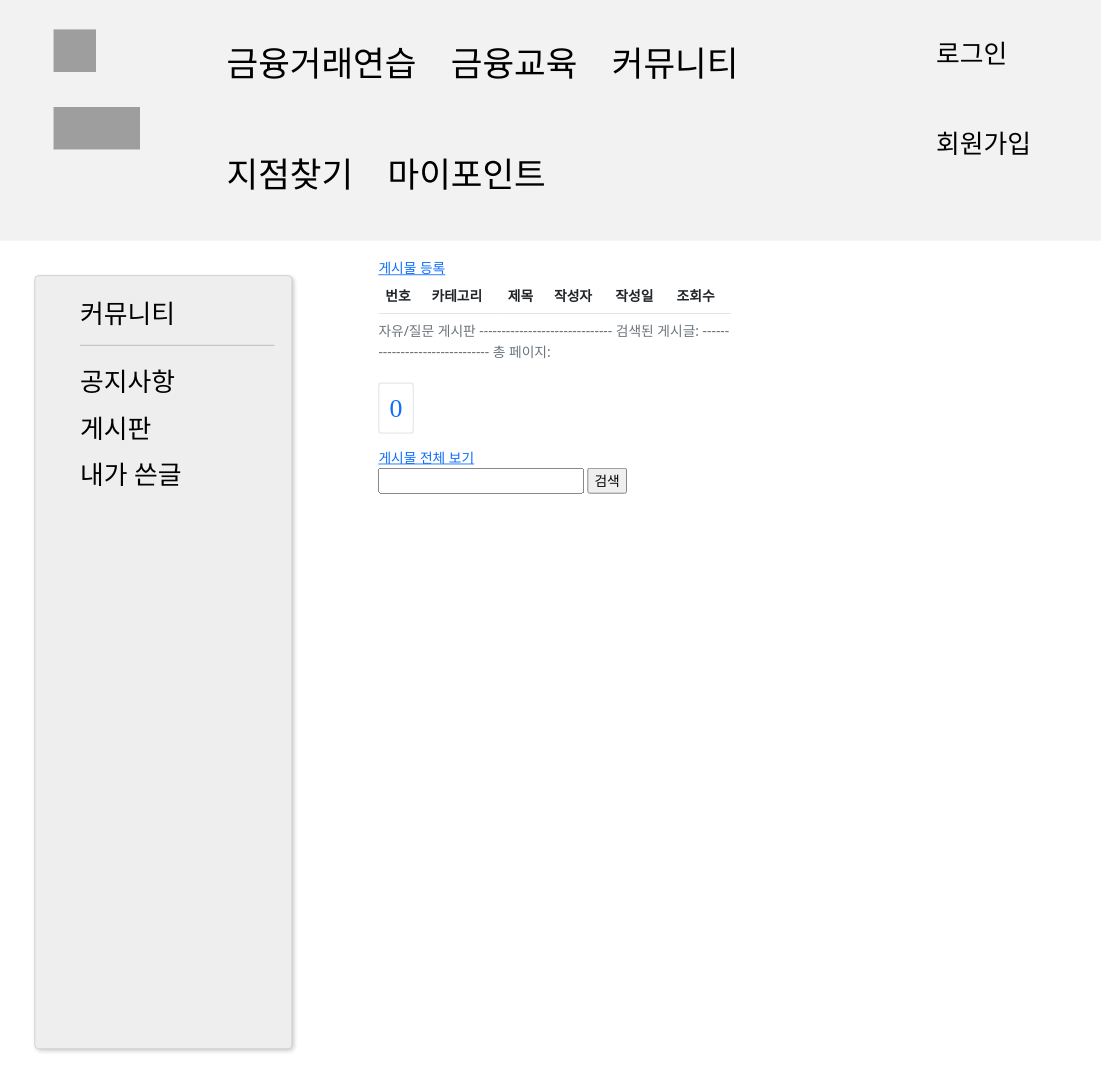
Repository: syc98syc/KB04_TeamProject
Page: http://localhost/jgig/WEB-INF/jsp/board/my_list.jsp
An editor plug-in stored every save of this project. The page is shown before and after the next save, followed by the edit.
The browser window is 1280 px wide. The pictures show the whole page, at 86% of full size.
Pictures or frames that could not be fetched are drawn as grey boxes. Some web fonts or font styles are not loaded; a fallback is used. The page is served by Tomcat 9. Nobody is signed in. Other server files are loaded and not shown. The template is opened directly, without the code that normally fills it, so the values that code supplies are empty.

Above is the page before, as saved 2023-09-11 00:36:32.

### jgig/src/main/webapp/WEB-INF/jsp/board/my_list.jsp
<%@ page language="java" contentType="text/html; charset=UTF-8"
    pageEncoding="UTF-8"%>
<%@ taglib uri="http://java.sun.com/jsp/jstl/core" prefix="c" %>
<!DOCTYPE html>
<html>
<head>
<link href="https://cdn.jsdelivr.net/npm/bootstrap@5.0.2/dist/css/bootstrap.min.css" rel="stylesheet" integrity="sha384-EVSTQN3/azprG1Anm3QDgpJLIm9Nao0Yz1ztcQTwFspd3yD65VohhpuuCOmLASjC" crossorigin="anonymous">
<meta charset="UTF-8">
<title>웹게시물 목록</title>
<style>
#content {
 	margin-left: 420px; /* 사이드바 너비 + 여백만큼 오른쪽으로 밀어줍니다. */
    flex-grow: 1; /* 남은 공간을 모두 차지하도록 설정 */
    background-color: #fff; /* 배경색 설정 */
    padding: 20px; /* 내부 여백 설정 */
}
</style>
</head>
<body>
<%@ include file="../include/top_navbar.jsp" %>
<%@ include file="../include/left_navbar.jsp" %>
<div id="content">
	<a href="/jgig/board_insert_form">게시물 등록</a> <br>
	<table class="table table-hover" style="width: 50%;">
	<caption>자유/질문 게시판 ------------------------------ 검색된 게시글: ${requestScope.total } ------------------------------- 총 페이지: ${criteria.totalPage }</caption>
		<tr>
		<th>번호</th>
		<th>카테고리</th>
		<th>제목</th>
		<th>작성자</th>
		<th>작성일</th>
		<th>조회수</th>
		<c:forEach items="${board_list}" var="brd">
		<tr>
			<td>${brd.brd_id }</td>
			<td>${brd.brd_category }</td>
			<td><a href="board_detail?no=${brd.brd_id}">${brd.title}</a></td>
			<td>${brd.mem_id }</td>
			<td>${brd.brd_date_created }</td>
			<td>${brd.brd_view }</td>
		</tr>
		</c:forEach>
	</table>
	<nav aria-label="Page navigation example">
  <ul class="pagination">
  <c:if test="${criteria.prev}">
    <li class="page-item"><a class="page-link" href="board_search_action?keyword=${criteria.keyword}&pageNum=${criteria.pageNum-1 }">이전</a></li>
  </c:if>
  <c:forEach begin="${criteria.beginPage}" end="${criteria.endPage}" var="idx">
 				 <li class="page-item"><a class="page-link" href="board_search_action?keyword=${criteria.keyword}&pageNum=${idx}"> ${idx} </a></li>
			</c:forEach>
    <c:if test="${criteria.next}">
    <li class="page-item"><a class="page-link" href="board_search_action?keyword=${criteria.keyword}&pageNum=${criteria.pageNum+1 }">다음</a></li>
	</c:if>
  </ul>
</nav>

  <a href="board_list">게시물 전체 보기</a> <br>
  <form action="board_search_action" method="get">
		<fieldset>
			<input type="text" name="keyword">
			<input type="submit" value="검색">
		</fieldset>
	</form>


</div>
</body>
</html>

### jgig/src/main/webapp/WEB-INF/jsp/include/top_navbar.jsp
<%@ page language="java" contentType="text/html; charset=UTF-8"
    pageEncoding="UTF-8"%>
<!DOCTYPE html>
<html>
<head>
<meta charset="UTF-8">
<title>Insert title here</title>
<style>
@import url('https://fonts.googleapis.com/css2?family=Nanum+Gothic+Coding:wght@700&display=swap');  /* 글꼴 */

/* 상단 메뉴 스타일 */
        #top-menu {
            background-color: #F2F2F2;
            color: #fff;
            padding: 10px;
            width: 100%;
             display: flex;
  justify-content: center;
        }


    #img1 {
		width: 7vmin;
		height: 7vmin;
	}


	#img2 {
		width: 14vmin;
		height: 7vmin;
	}

	#top-menu a {
    color: #000; /* 링크 글꼴 색상 설정 */
    text-decoration: none; /* 링크 밑줄 제거 */
}

	#top-menu ul{
		list-style: none;
	}
	#top-menu li{
		font-family: 'Nanum Gothic Coding', cursive;
		float: left;
		background: #F2F2F2;
		padding:5px 10px;
		font-size: 40px;
		margin: 10px;
	}

	#top-menu ul li a{
		line-height: 2.5;
	}

	#nav3 ul li{
		font-size:30px;
	}
</style>
</head>
<body>
	<div id = "top-menu">
		<nav id = "nav1">
				<ul>
					<li><img id="img1" src="../resources/img/KB.png"></li>
					<li><img id="img2" src="../resources/img/지금입금.png"></li>
				</ul>
		</nav id = "nav2">
		<nav>
				<ul>
					<li class="menu1"><a href="#">금융거래연습</a></li>
					<li class="menu2"><a href="#">금융교육</a></li>
					<li class="menu3"><a href="#">커뮤니티</a></li>
					<li class="menu4"><a href="#">지점찾기</a></li>
					<li class="menu5"><a href="#">마이포인트</a></li>
				</ul>
		</nav>
		<nav id = "nav3">
				<ul>
					<li class="menu6"><a href="#">로그인</a></li>
					<li class="menu7"><a href="#">회원가입</a></li>
				</ul>
		</nav>
	</div>

</body>
</html>

### jgig/src/main/webapp/WEB-INF/jsp/include/left_navbar.jsp
<%@ page language="java" contentType="text/html; charset=UTF-8"
    pageEncoding="UTF-8"%>
<!DOCTYPE html>
<html>
<head>
<meta charset="UTF-8">
<title>Insert title here</title>
<style>

@import url('https://fonts.googleapis.com/css2?family=Nanum+Gothic+Coding:wght@700&display=swap');  /* 글꼴 */
/* 좌측 사이드바 스타일 */
#sidebar {
    width: 300px; /* 박스 컨테이너의 너비 설정 */
    height: 900px; /* 박스 컨테이너의 높이 설정 */
    background-color: #eee; /* 배경색 설정 */
    color: #000; /* 글꼴 색상 설정 */
    padding: 20px; /* 내부 여백 설정 */
    border: 1px solid #ccc; /* 박스 컨테이너의 테두리 설정 */
    border-radius: 5px; /* 박스 컨테이너의 모서리를 둥글게 설정 */
    box-shadow: 2px 2px 5px rgba(0, 0, 0, 0.2); /* 그림자 효과 추가 */
    line-height: normal;
    display: inline-block;
    vertical-align: middle;
    margin: 40px;
    float: left; /*왼쪽에 떠있게*/
}

/* 좌측 사이드바 링크 스타일 */
#sidebar a {
    color: #000; /* 링크 글꼴 색상 설정 */
    text-decoration: none; /* 링크 밑줄 제거 */
}

/* 좌측 사이드바 링크 호버 스타일 */
#sidebar a:hover {
    text-decoration: underline; /* 호버 상태에서 밑줄 추가 */
}

/* 좌측 사이드바 제목 스타일 */
#sidebar
	ul{
		list-style: none;
	}
	li{
		font-family: 'Nanum Gothic Coding', cursive;
		display: block; /* 각 <li> 요소를 한 줄에 하나씩 표시 */
		background: #eee;
		font-size: 30px;
	}

	#sidebar ul li a{
		line-height: 1.8;
	}

</style>
</head>
<body>
	<div id = "sidebar">
		<nav>
				<ul>
					<li>커뮤니티</li> <hr>
					<li class="menu1"><a href="#">공지사항</a></li>
					<li class="menu2"><a href="#">게시판</a></li>
					<li class="menu3"><a href="#">내가 쓴글</a></li>
				</ul>
		</nav>
	</div>

</body>
</html>

After the next save:
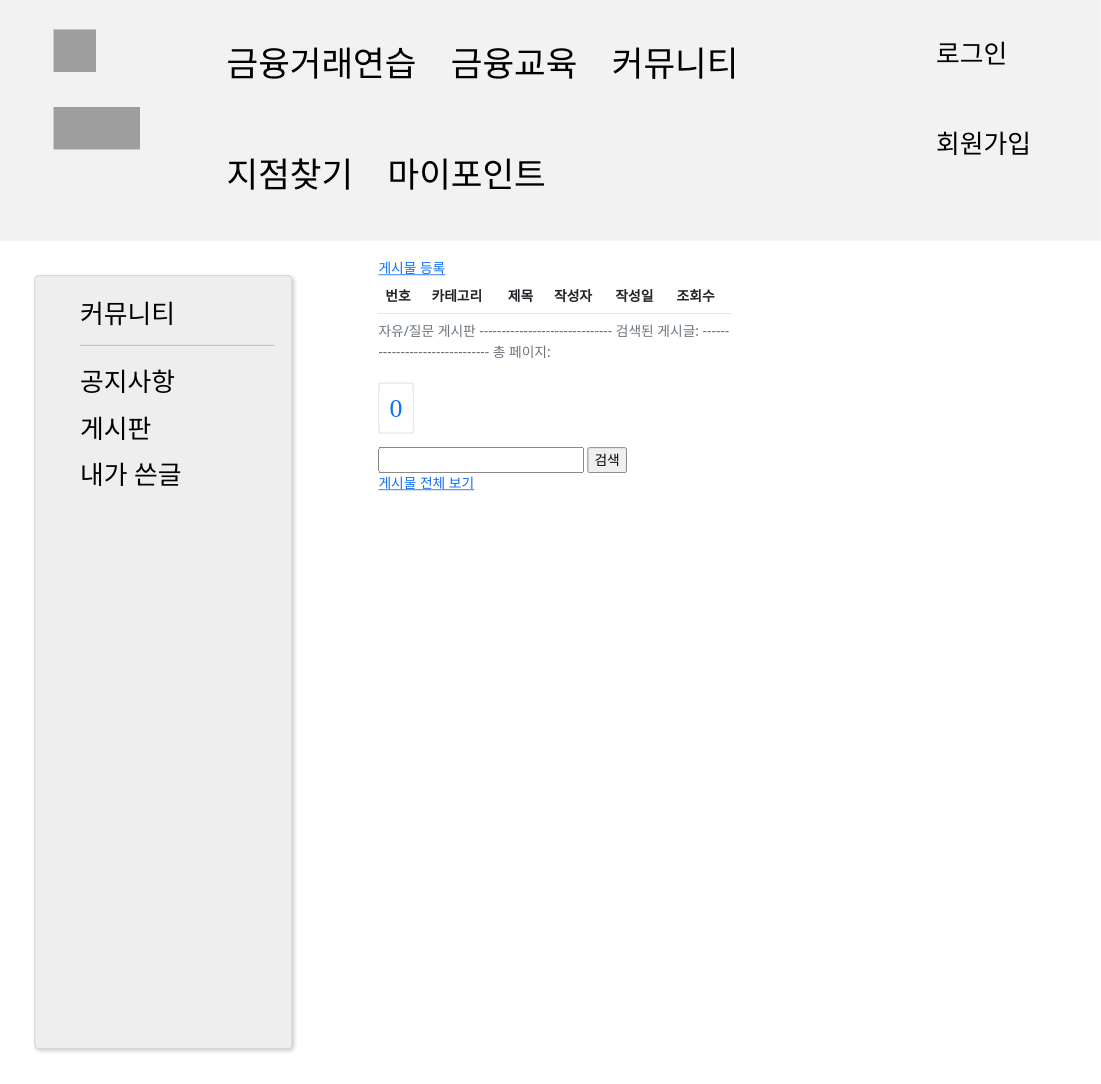
Saved 17 s later.
--- a/jgig/src/main/webapp/WEB-INF/jsp/board/my_list.jsp
+++ b/jgig/src/main/webapp/WEB-INF/jsp/board/my_list.jsp
@@ -55,14 +55,13 @@
   </ul>
 </nav>
 
-  <a href="board_list">게시물 전체 보기</a> <br>
   <form action="board_search_action" method="get">
 		<fieldset>
 			<input type="text" name="keyword">
 			<input type="submit" value="검색">
 		</fieldset>
 	</form>
-
+   <a href="board_list">게시물 전체 보기</a> <br>
 
 </div>
 </body>
